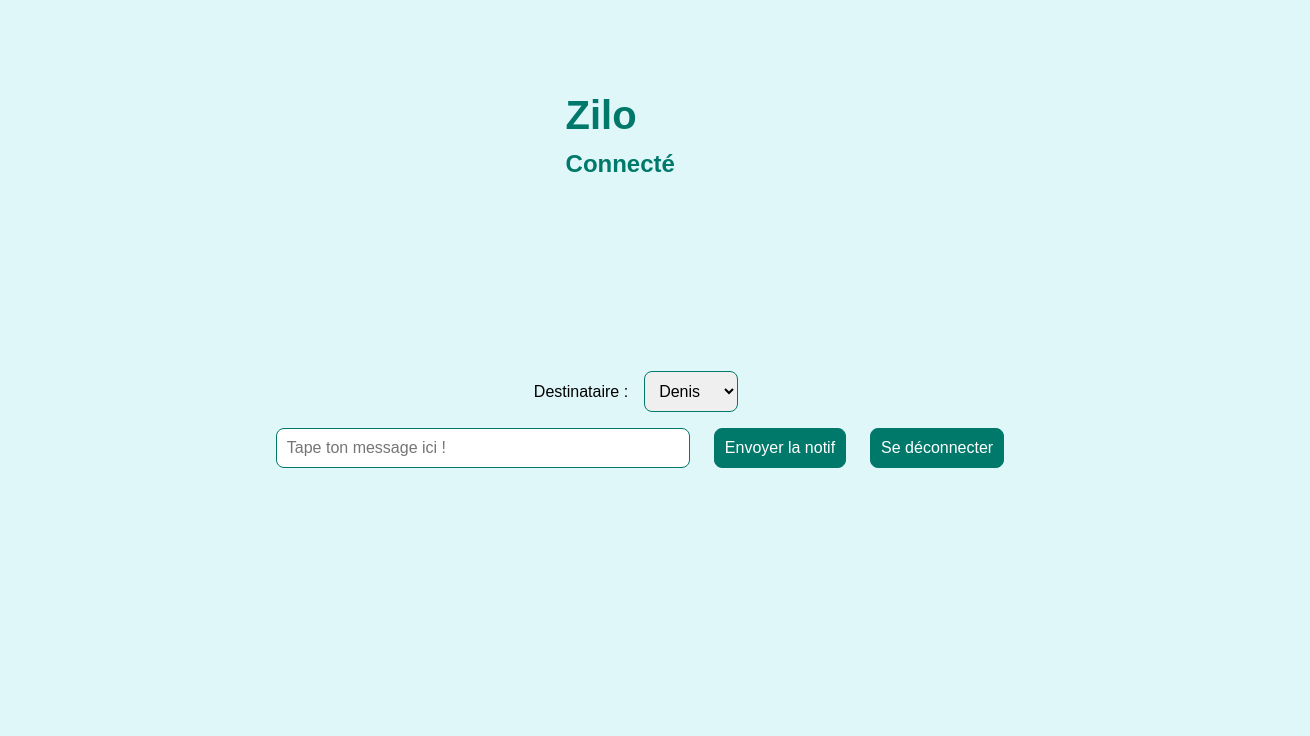
Repository: nlagardere/LumoNet
Page: public/index.html
The author's editor kept a copy of each file at every save. The page is drawn from the files as they stood at one save, then again after a run of saves.
The browser window is 1280 px wide. The page is 1310 px wide, so the pictures cover 1310 px, including what lies to the right of the window. The pictures show the whole page.

Above is the page before, as saved 2025-08-18 20:01:24.

### public/index.html
<!DOCTYPE html>
<html lang="fr">
<head>
  <meta charset="UTF-8" />
  <meta name="viewport" content="width=device-width, initial-scale=1.0" />
  <title>Zilo</title>
  <style>
    body {
      font-family: Arial, sans-serif;
      display:flex; flex-direction:column;
      align-items:center; justify-content:center;
      height:100vh; background:#e0f7fa;
    }

    h1, h2 {
      color:#00796b;
      margin:6px 0;
    }

    select, input, button {
      margin:8px;
      padding:10px;
      font-size:16px;
      border-radius:8px;
      border:1px solid #00796b;
    }

    button {
      background:#00796b;
      color:#fff;
      cursor:pointer;
    }

    button:hover{
      background:#004d40;
    }

    .row{
      display:flex;
      gap:8px;
      flex-wrap:wrap;
      align-items:center;
      justify-content:center;
    }


     .card h1 {
      font-size:2.5em;
      margin-bottom:12px;
      position: relative;
      top: -80%;
      left: 40%;
     }

    .card h2 {
      font-size:1.5em;
      margin-bottom:12px;
      position: relative;
      top: -80%;
      left: 40%;
     }


  </style>
</head>
<body>
  <div class="card">
    <h1>Zilo</h1>
    <h2 id="welcome">Connecté</h2>

    <div class="row">
      <label for="recipient">Destinataire :</label>
      <select id="recipient">
        <option value="denis">Denis</option>
        <option value="nathan">Nathan</option>
      </select>
    </div>

    <div class="row">
      <input id="message" type="text" placeholder="Tape ton message ici !" size="40" />
      <button id="send">Envoyer la notif</button>
      <button id="logout">Se déconnecter</button>
    </div>
  </div>

  <script>
    const messageInput = document.getElementById('message');

    async function send(){
      const recipient = document.getElementById('recipient').value;
      const message = messageInput.value.trim();
      if(!message){ alert('Écris un message !'); return; }

      const res = await fetch('/api/send', {
        method:'POST', headers:{'Content-Type':'application/json'},
        body: JSON.stringify({ recipient, message })
      });
      const data = await res.json();
      if(data.ok){
        messageInput.value = '';
        alert('Notification envoyée !');
      } else {
        if(res.status === 401){
          // non connecté → renvoie vers la connexion
          window.location.href = '/login.html';
        } else {
          alert('Erreur : ' + (data.error||'inconnue'));
        }
      }
    }

    async function logout(){
      await fetch('/api/logout');
      window.location.href = '/login.html';
    }

    document.getElementById('send').addEventListener('click', send);
    document.getElementById('logout').addEventListener('click', logout);
    messageInput.addEventListener('keydown', e => { if(e.key==='Enter') send(); });
  </script>
</body>
</html>

After the next 2 saves:
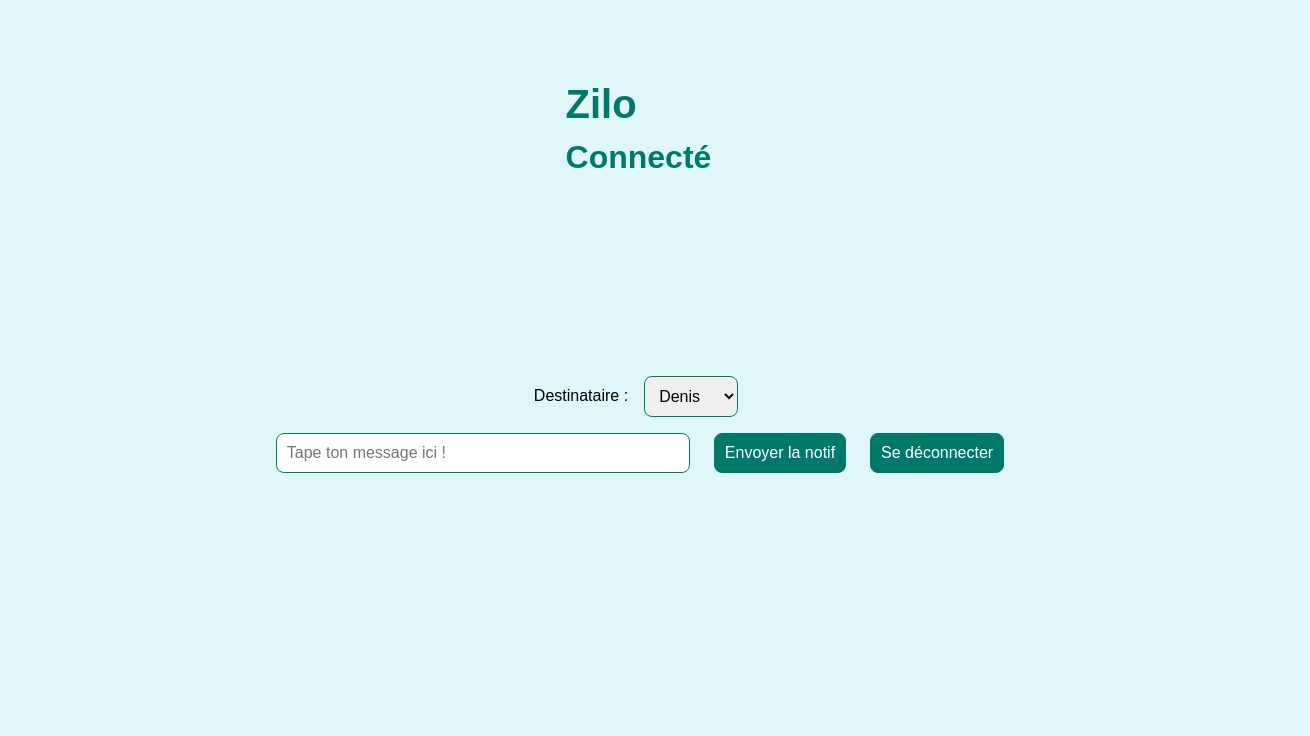
The 2 saves are shown as one change because they came seconds apart.
The last was saved 7 s later.
--- a/public/index.html
+++ b/public/index.html
@@ -53,7 +53,7 @@
      }
 
     .card h2 {
-      font-size:1.5em;
+      font-size:2em;
       margin-bottom:12px;
       position: relative;
       top: -80%;
